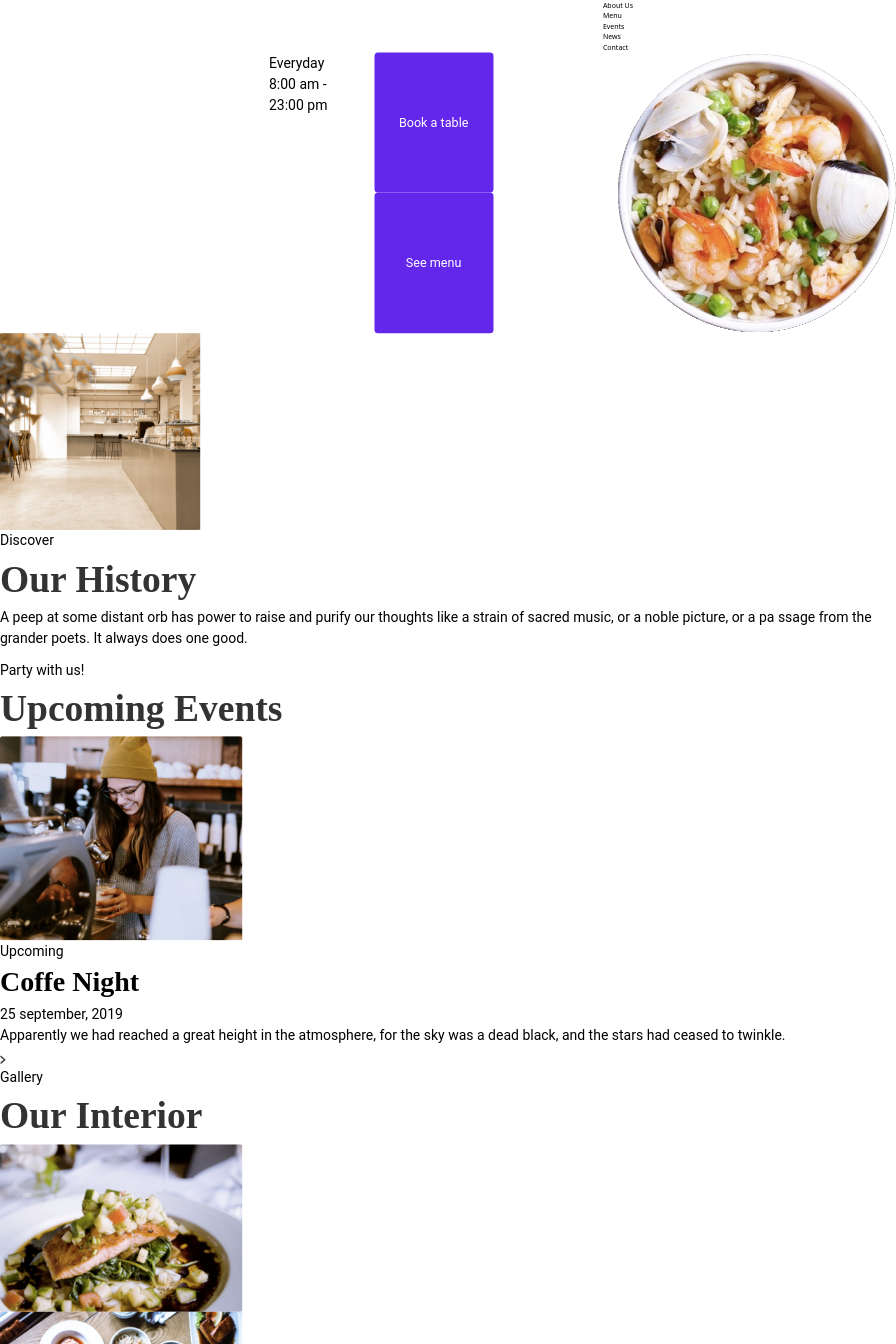
Repository: murilopellis-12/Tailwind-Prova
Page: index.html
An editor plug-in stored every save of this project. The page is shown before and after a run of saves, followed by the edit.
The browser window is 1280 px wide. The pictures show the part of the page from y = 0 to 1920 px (the page is 4301 px tall before and 4286 px after), at 70% of full size.

Above is the page before, as saved 2026-10-26 19:42:56.
Not found: style.css

After the next 2 saves:
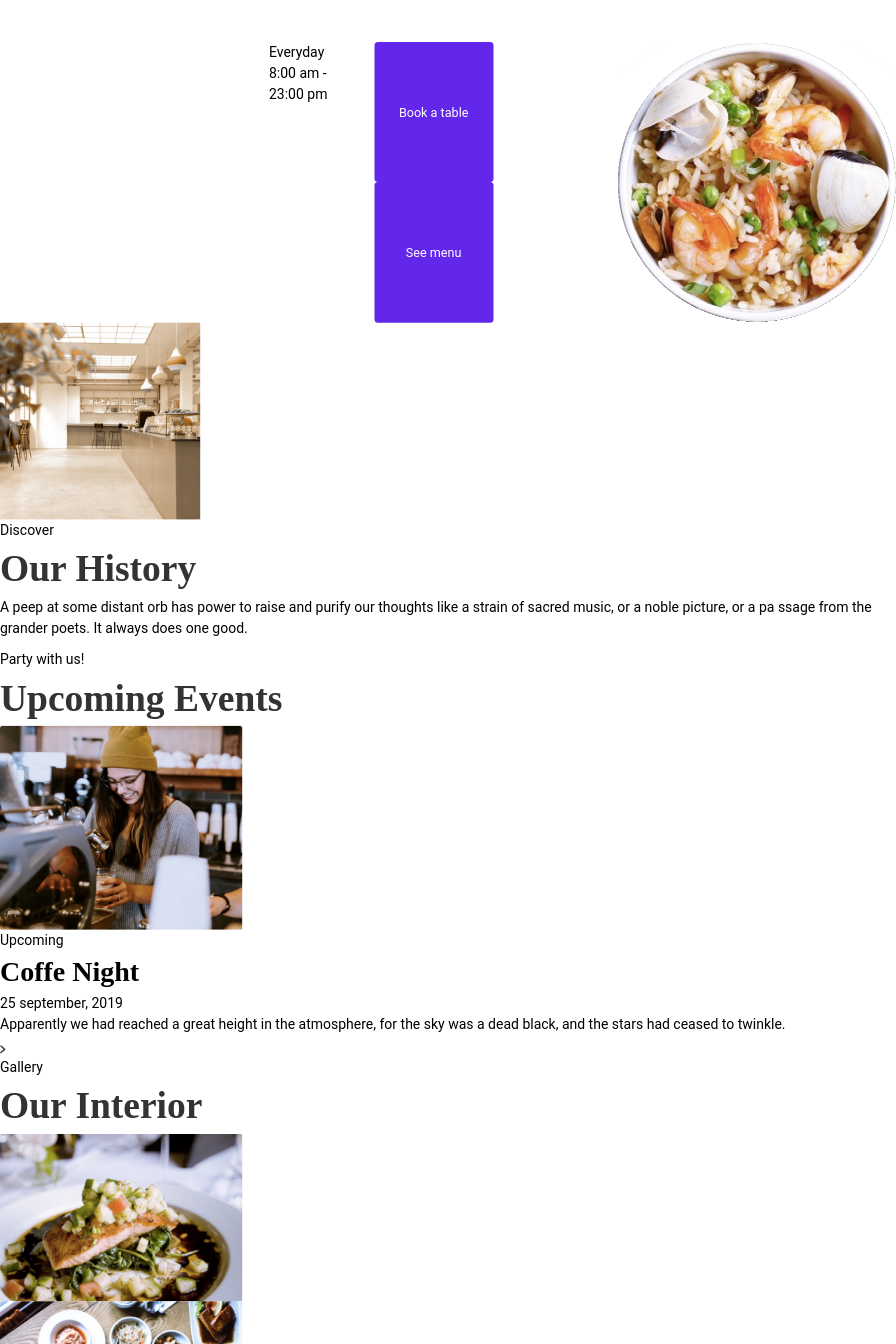
The 2 saves are shown as one change because they came seconds apart.
The last was saved 57 s later.
--- a/index.html
+++ b/index.html
@@ -93,7 +93,7 @@
             />
           </button>
         </div>
-        <nav class="navegacao-header-desktop">
+        <nav class="navegacao-header-desktop hidden">
           <ul>
             <li><a aria-label="abre Sobre" href="">About Us</a></li>
             <li><a aria-label="abre Menu" href="">Menu</a></li>
